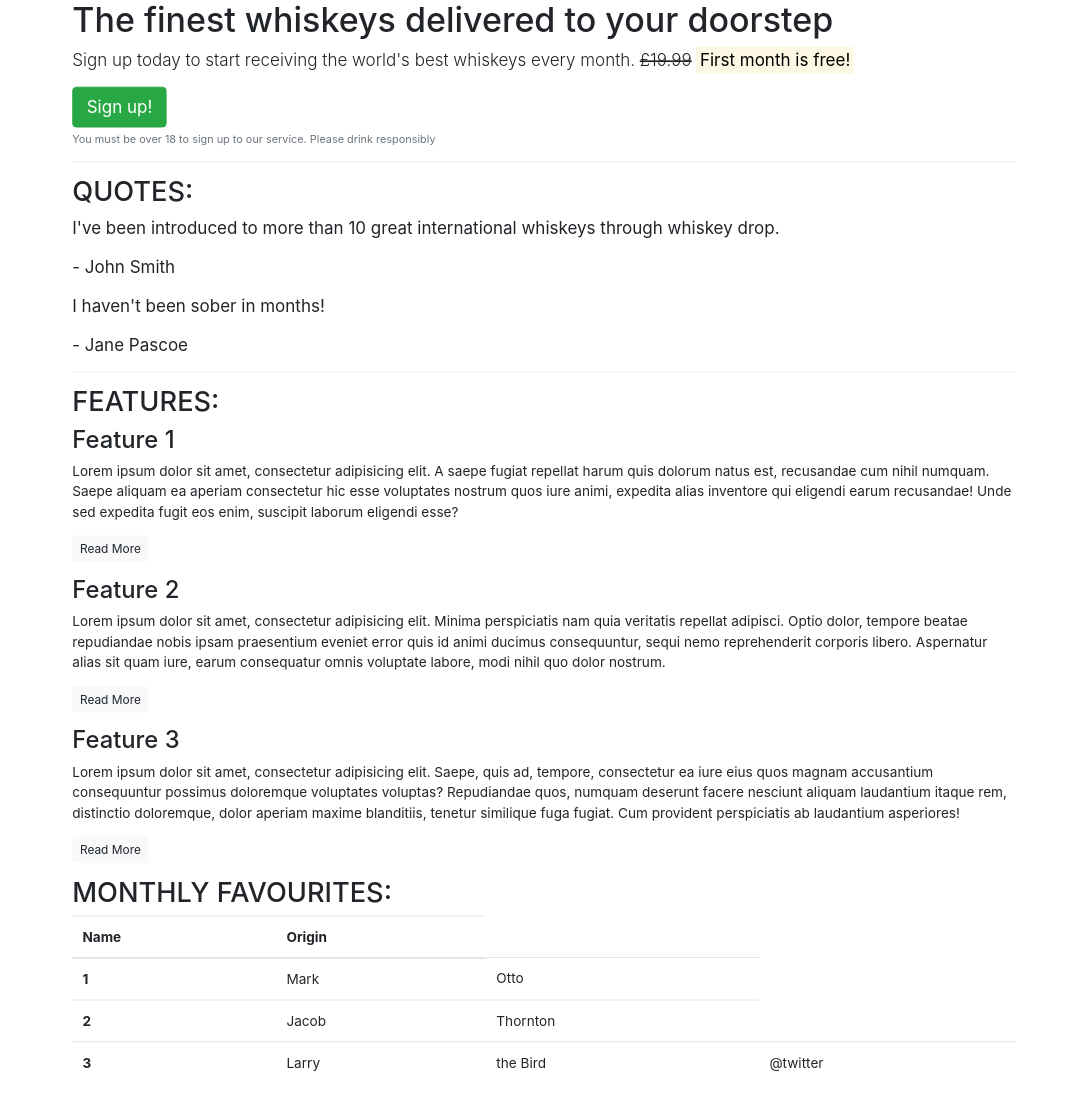
Repository: LouWills/WhiskeyDrop-bootstrap
Page: index.html
The author's editor kept a record of every edit. The page is drawn from the files as they stood at one moment, then again after the next edit.
The browser window is 1280 px wide. The pictures show the whole page, at 85% of full size.

Above is the page before.
Console error: TypeError: Cannot read properties of undefined (reading 'fn')

### index.html
<!DOCTYPE html>
<html lang="en">
<head>
    <meta charset="UTF-8">
    <meta name="viewport" content="width=device-width, initial-scale=1.0">
    <meta http-equiv="X-UA-Compatible" content="ie=edge">
    <link rel="stylesheet" href="https://stackpath.bootstrapcdn.com/bootstrap/4.3.1/css/bootstrap.min.css" integrity="sha384-ggOyR0iXCbMQv3Xipma34MD+dH/1fQ784/j6cY/iJTQUOhcWr7x9JvoRxT2MZw1T" crossorigin="anonymous">
<script src="https://stackpath.bootstrapcdn.com/bootstrap/4.3.1/js/bootstrap.min.js" integrity="sha384-JjSmVgyd0p3pXB1rRibZUAYoIIy6OrQ6VrjIEaFf/nJGzIxFDsf4x0xIM+B07jRM" crossorigin="anonymous"></script>
    <!--main.css are my own styles on the website-->
    <link rel="stylesheet" href="main.css" type="text/css" />
    <title>Whiskey Drop_Taste a new whiskey every month</title>
</head>
<body>
   <article class="container">
       <!--callout-->
       <section class="callout">
           <h1>The finest whiskeys delivered to your doorstep</h1>
           <p class="lead">Sign up today to start receiving the world's best whiskeys every month. <s>£19.99</s> <strong><mark>First month is free!</mark></strong></p>
            <button class="btn btn-success btn-lg btn-tablet">Sign up!</button>
           <p class="text-muted"><small>You must be over 18 to sign up to our service. Please drink responsibly</small></p>
       </section>
       <!--/.callout-->
       <hr>

       <!-- Quotes -->
       <section class="quotes">
           <h2 class="text-uppercase">Quotes:</h2>
           <blockquote class="blockquote">
               <p>I've been introduced to more than 10 great international whiskeys through whiskey drop.</p>
               <p>- John Smith</p>
           </blockquote>
           <blockquote class="blockquote">
               <p>I haven't been sober in months!</p>
               <p>- Jane Pascoe</p>
           </blockquote>
        </section>
        <!--/.quotes-->

        <hr>

        <!--Features-->
        <section class="features">
            <h2 class="text-uppercase">Features:</h2>
            <div class="feature">
                <h3>Feature 1</h3>
                <p>Lorem ipsum dolor sit amet, consectetur adipisicing elit. A saepe fugiat repellat harum quis dolorum natus est, recusandae cum nihil numquam. Saepe aliquam ea aperiam consectetur hic esse voluptates nostrum quos iure animi, expedita alias inventore qui eligendi earum recusandae! Unde sed expedita fugit eos enim, suscipit laborum eligendi esse?</p>
                <p><a class="btn btn-sm btn-light btn-tablet" href="">Read More</a></p>
            </div>
            <div class="feature">
                <h3>Feature 2</h3>
                <p>Lorem ipsum dolor sit amet, consectetur adipisicing elit. Minima perspiciatis nam quia veritatis repellat adipisci. Optio dolor, tempore beatae repudiandae nobis ipsam praesentium eveniet error quis id animi ducimus consequuntur, sequi nemo reprehenderit corporis libero. Aspernatur alias sit quam iure, earum consequatur omnis voluptate labore, modi nihil quo dolor nostrum.</p>
                <p><a class="btn btn-sm btn-light btn-tablet" href="">Read More</a></p>
            </div>
            <div class="feature">
                <h3>Feature 3</h3>
                <p>Lorem ipsum dolor sit amet, consectetur adipisicing elit. Saepe, quis ad, tempore, consectetur ea iure eius quos magnam accusantium consequuntur possimus doloremque voluptates voluptas? Repudiandae quos, numquam deserunt facere nesciunt aliquam laudantium itaque rem, distinctio doloremque, dolor aperiam maxime blanditiis, tenetur similique fuga fugiat. Cum provident perspiciatis ab laudantium asperiores!</p>
                <p><a class="btn btn-sm btn-light btn-tablet" href="">Read More</a></p>
            </div>
        </section>
        <!-- /.Features -->

        <!--Monthly Favourites-->
        <section class="monthlyFavourites">
            <h2 class="text-uppercase">Monthly favourites:</h2>
            <table class="table">
                <thead>
                    <tr>
                      <th scope="col">Name</th>
                      <th scope="col">Origin</th>
                    </tr>
                </thead>
                <tbody>
                    <tr>
                      <th scope="row">1</th>
                      <td>Mark</td>
                      <td>Otto</td>
                    </tr>
                    <tr>
                      <th scope="row">2</th>
                      <td>Jacob</td>
                      <td>Thornton</td>
                    </tr>
                    <tr>
                      <th scope="row">3</th>
                      <td>Larry</td>
                      <td>the Bird</td>
                      <td>@twitter</td>
                    </tr>
                </tbody>
            </table>
        </section>
   </article>
</body>
</html>

### main.css
@media (max-width: 767px) {
    .btn-tablet {
    margin:auto;
    display:block;
}
}

After the next edit:
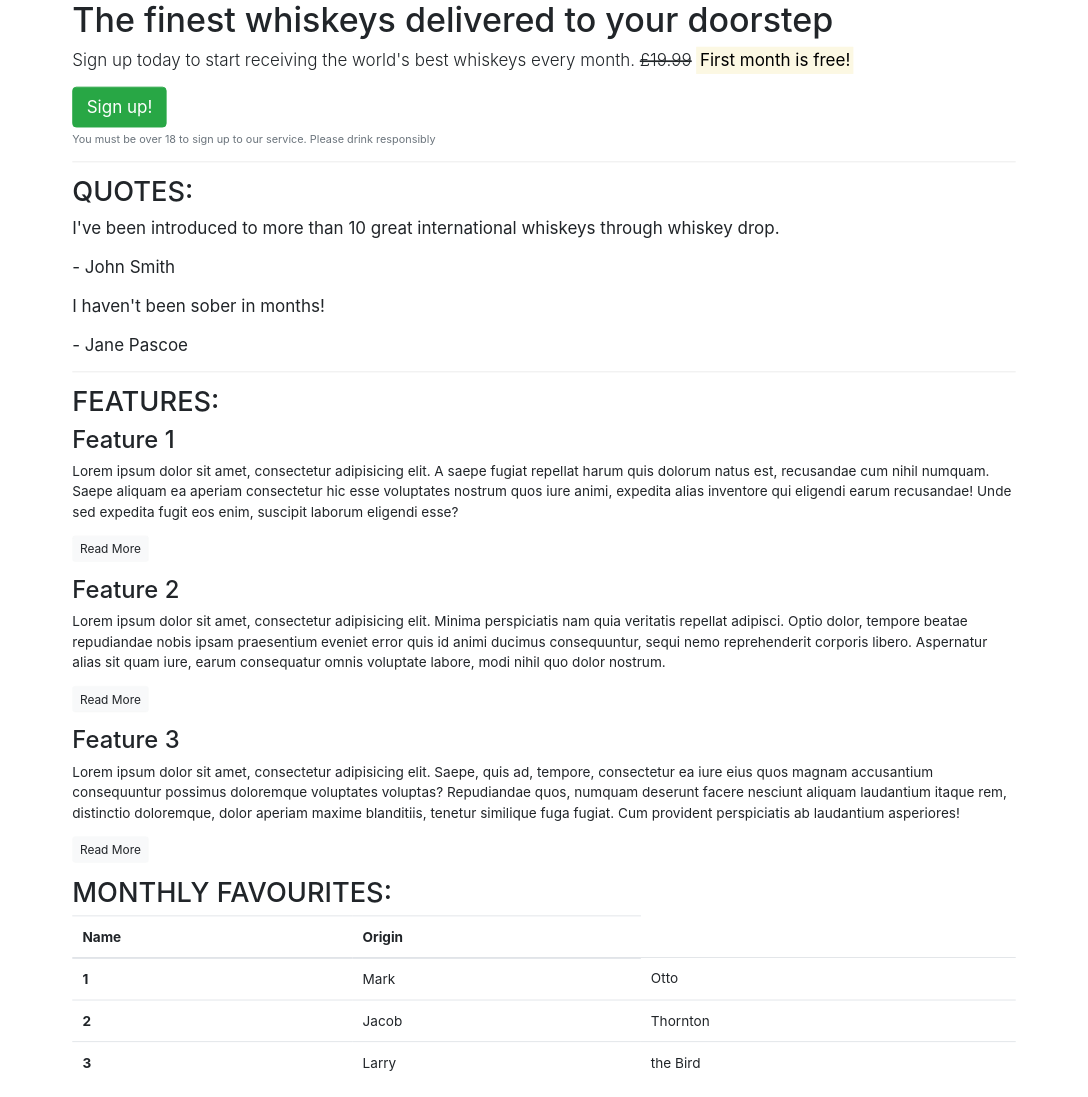
The edit:
--- a/index.html
+++ b/index.html
@@ -84,7 +84,6 @@
                       <th scope="row">3</th>
                       <td>Larry</td>
                       <td>the Bird</td>
-                      <td>@twitter</td>
                     </tr>
                 </tbody>
             </table>
